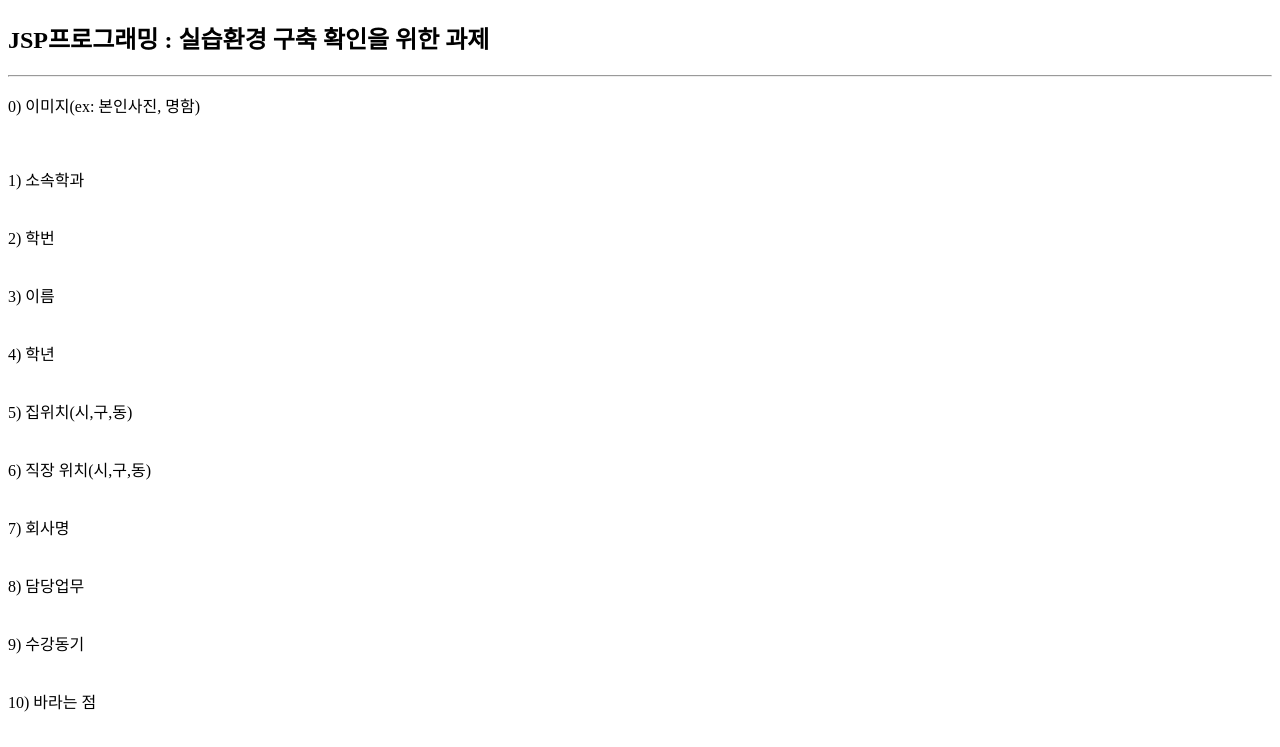
Repository: jiyoung510/JAVA-learning-examples
Page: http://localhost/jspbook/ch01/HelloWorld.jsp
These files come from the project's save history. The page is drawn as it stood at one moment and after the next save; the edit follows.
The browser window is 1280 px wide. The pictures show the whole page.
The page is served by Tomcat 9.

Above is the page before, as saved 2022-09-25 01:41:19.

After the next save:
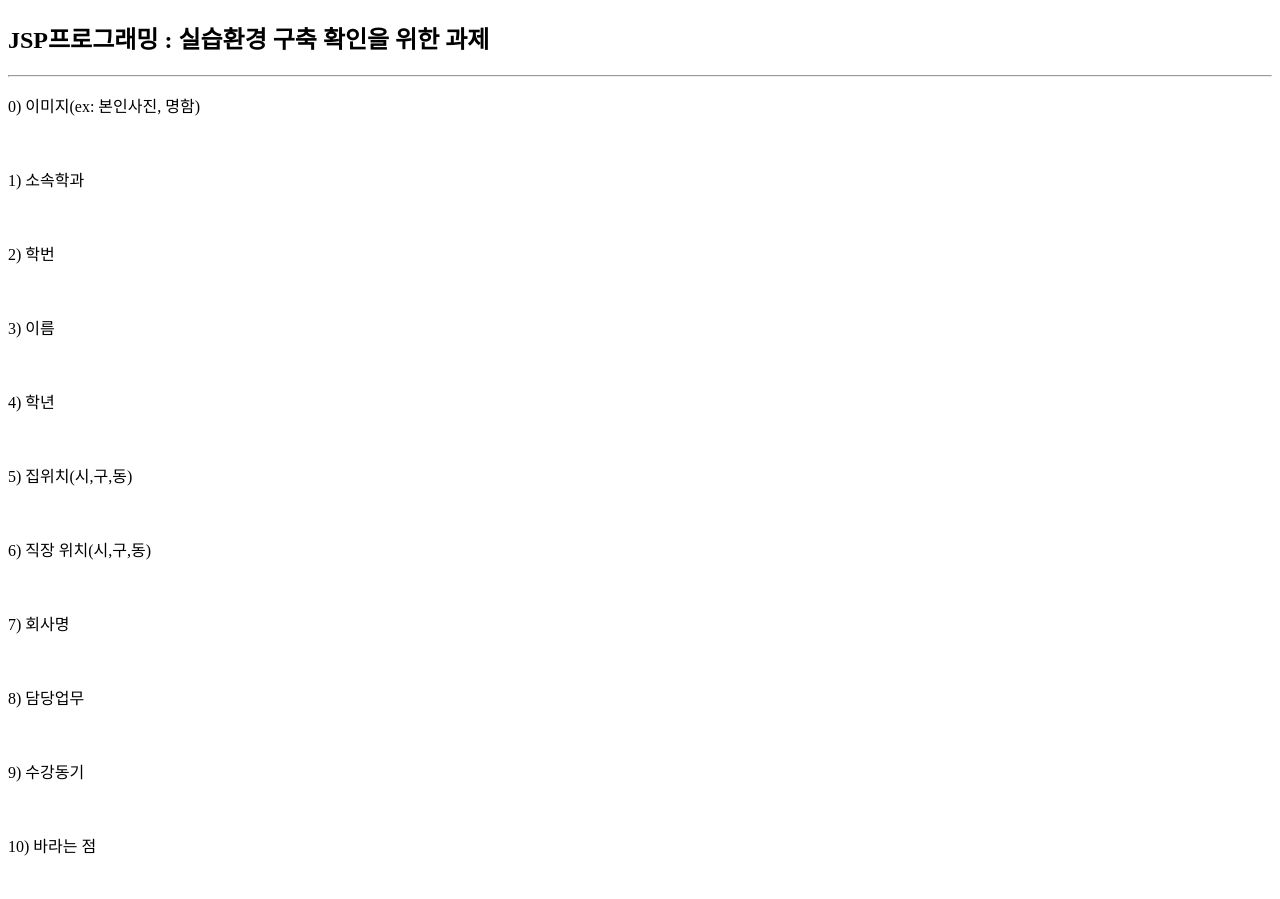
Saved 85 s later.
--- a/jspbook/WebContent/ch01/HelloWorld.jsp
+++ b/jspbook/WebContent/ch01/HelloWorld.jsp
@@ -11,15 +11,15 @@
 	<h2>JSP프로그래밍 : 실습환경 구축 확인을 위한 과제</h2>
 	<hr>
 	<div><p>0) 이미지(ex: 본인사진, 명함)</p><img src=""></div>
-	<p><span style="display:block">1) 소속학과</span><img src=""></p>
-	<p><span style="display:block">2) 학번</span><img src=""></p>
-	<p><span style="display:block">3) 이름</span><img src=""></p>
-	<p><span style="display:block">4) 학년</span><img src=""></p>
-	<p><span style="display:block">5) 집위치(시,구,동)</span><img src=""></p>
-	<p><span style="display:block">6) 직장 위치(시,구,동)</span><img src=""></p>
-	<p><span style="display:block">7) 회사명</span><img src=""></p>
-	<p><span style="display:block">8) 담당업무</span><img src=""></p>
-	<p><span style="display:block">9) 수강동기</span><img src=""></p>
-	<p><span style="display:block">10) 바라는 점</span><img src=""></p>
+	<div><p>1) 소속학과</p><img src=""></div>
+	<div><p>2) 학번</p><img src=""></div>
+	<div><p>3) 이름</p><img src=""></div>
+	<div><p>4) 학년</p><img src=""></div>
+	<div><p>5) 집위치(시,구,동)</p><img src=""></div>
+	<div><p>6) 직장 위치(시,구,동)</p><img src=""></div>
+	<div><p>7) 회사명</p><img src=""></div>
+	<div><p>8) 담당업무</p><img src=""></div>
+	<div><p>9) 수강동기</p><img src=""></div>
+	<div><p>10) 바라는 점</p><img src=""></div>
 </body>
 </html>
